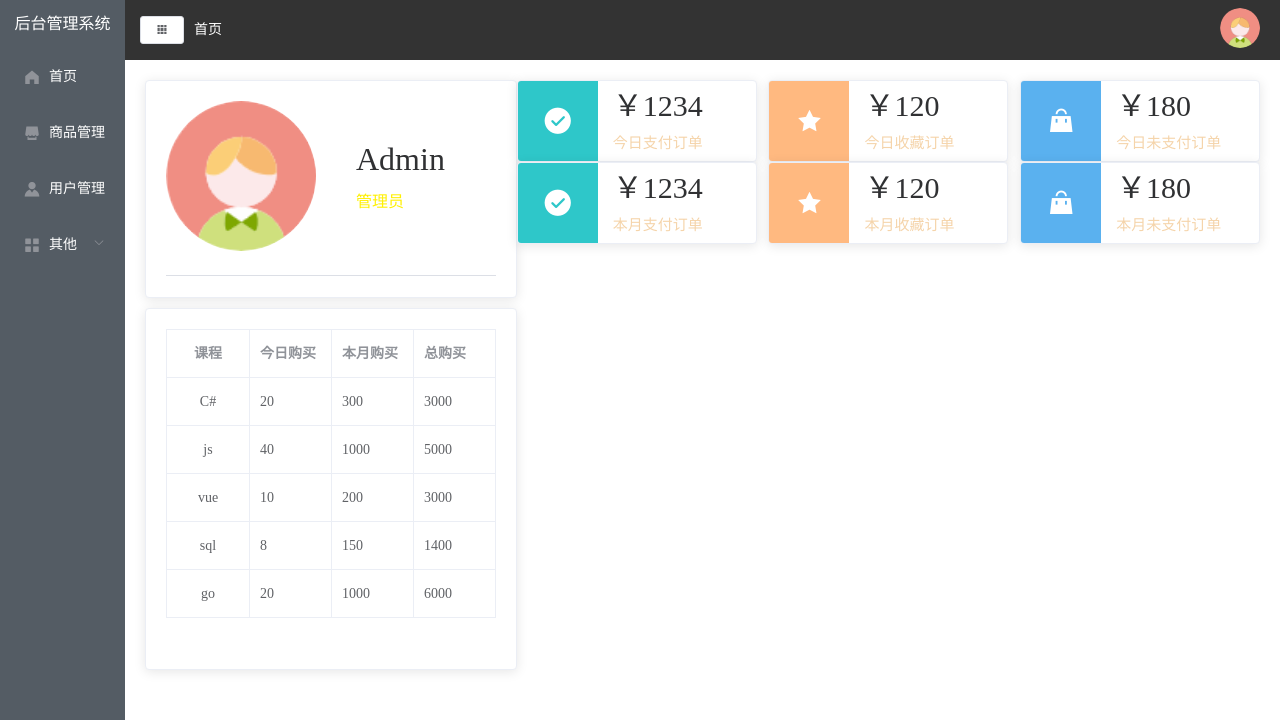
Repository: tkqi/manage
Page: /
An editor plug-in stored every save of this project. The page is shown before and after the next save, followed by the edit.
The browser window is 1280 px wide. The pictures show the whole page.
The project was rebuilt for these pictures with package versions that can differ from the ones it lists, and the page was loaded fresh each time. Also part of the build but not shown: vue.config.js.

Above is the page before, as saved 2023-12-06 11:43:11.

After the next save:
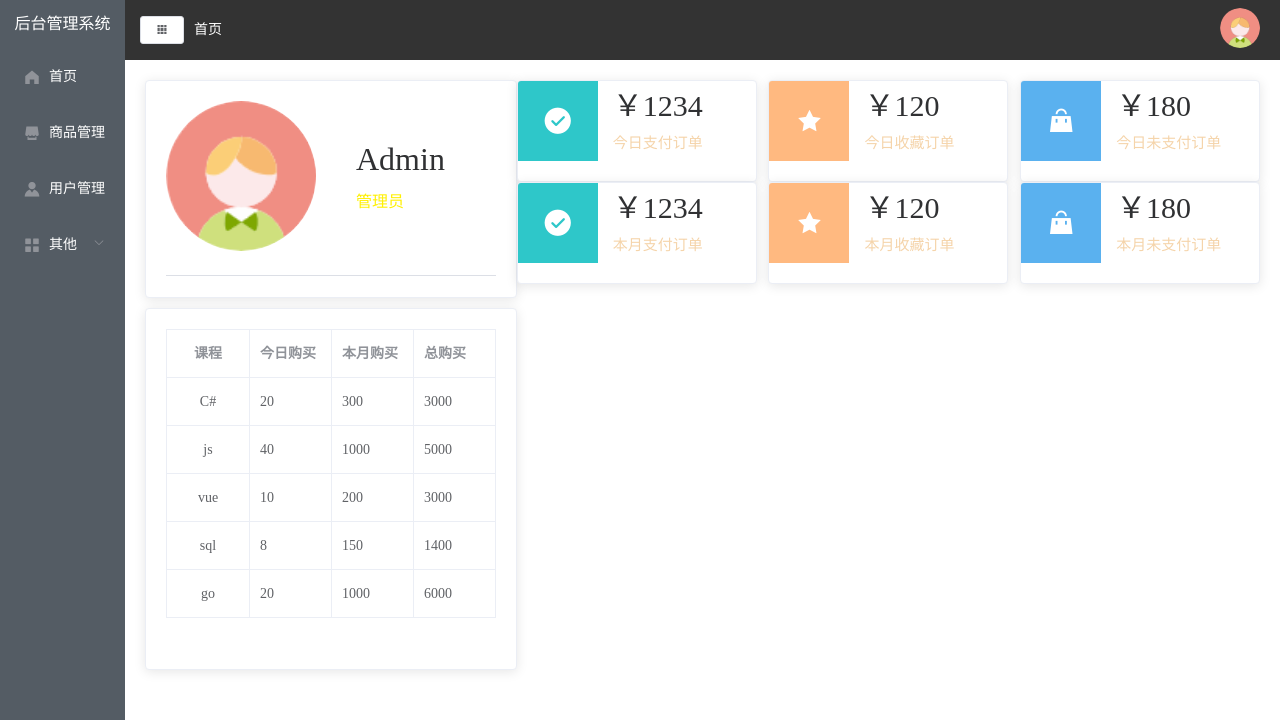
Saved 72 s later.
--- a/src/views/Home.vue
+++ b/src/views/Home.vue
@@ -210,5 +210,6 @@ export default {
 
     .el-card {
         width: 32%;
+        padding-bottom: 20px;
     }
 }</style>
